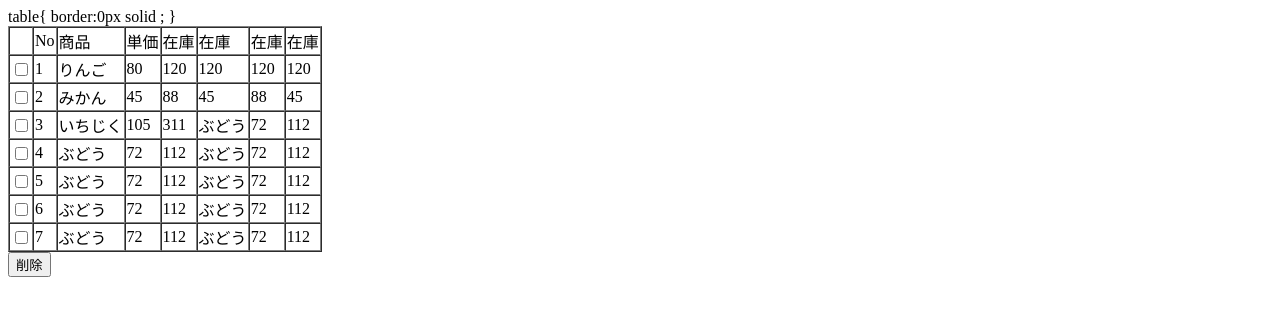
Repository: nathox/backup
Page: http://localhost/Favorite/s.jsp
The author's editor kept a copy of each file at every save. The page is drawn from the files as they stood at one save, then again after the next save.
The browser window is 1280 px wide. The pictures show the whole page.
The page is served by Tomcat 9. Other server files are loaded and not shown.

Above is the page before, as saved 2018-02-07 08:10:26.

### Favorite/WebContent/s.jsp
<%@ page language="java" contentType="text/html; charset=UTF-8"
    pageEncoding="UTF-8"%>
<!DOCTYPE html PUBLIC "-//W3C//DTD HTML 4.01 Transitional//EN" "http://www.w3.org/TR/html4/loose.dtd">
<html>
<head>



<meta http-equiv="Content-Type" content="text/html; charset=UTF-8">
<title>Insert title here</title>

table{
border:0px solid ;

}




</head>
<body>

 <table border="1" cellspacing="0">
        <thead id="hoge-head">
            <tr>
                <td></td>
                <td>No</td>
                <td>商品</td>
                <td>単価</td>
                <td>在庫</td>
                <td>在庫</td>
                <td>在庫</td>
                <td>在庫</td>
            </tr>
        </thead>
        <tbody id="hoge-body">
            <tr>
                <td><input type="checkbox"></td>
                <td>1</td>
                <td>りんご</td>
                <td>80</td>
                <td>120</td>
                <td>120</td>
                <td>120</td>
                <td>120</td>
            </tr>
            <tr>
                <td><input type="checkbox"></td>
                <td>2</td>
                <td>みかん</td>
                <td>45</td>
                <td>88</td>
                <td>45</td>
                <td>88</td>
                <td>45</td>
            </tr>
            <tr>
                <td><input type="checkbox"></td>
                <td>3</td>
                <td>いちじく</td>
                <td>105</td>
                <td>311</td>
                <td>ぶどう</td>
                <td>72</td>
                <td>112</td>
            </tr>
            <tr>
                <td><input type="checkbox"></td>
                <td>4</td>
                <td>ぶどう</td>
                <td>72</td>
                <td>112</td>
                <td>ぶどう</td>
                <td>72</td>
                <td>112</td>
            </tr>

            <tr>
                <td><input type="checkbox"></td>
                <td>5</td>
                <td>ぶどう</td>
                <td>72</td>
                <td>112</td>
                <td>ぶどう</td>
                <td>72</td>
                <td>112</td>
            </tr>

            <tr>
                <td><input type="checkbox"></td>
                <td>6</td>
                <td>ぶどう</td>
                <td>72</td>
                <td>112</td>
                <td>ぶどう</td>
                <td>72</td>
                <td>112</td>
            </tr>

            <tr>
                <td><input type="checkbox"></td>
                <td>7</td>
                <td>ぶどう</td>
                <td>72</td>
                <td>112</td>
                <td>ぶどう</td>
                <td>72</td>
                <td>112</td>
            </tr>

        </tbody>
    </table>



<INPUT
				TYPE="button" VALUE="削除" onClick="location.href=''">







</body>
</html>

After the next save:
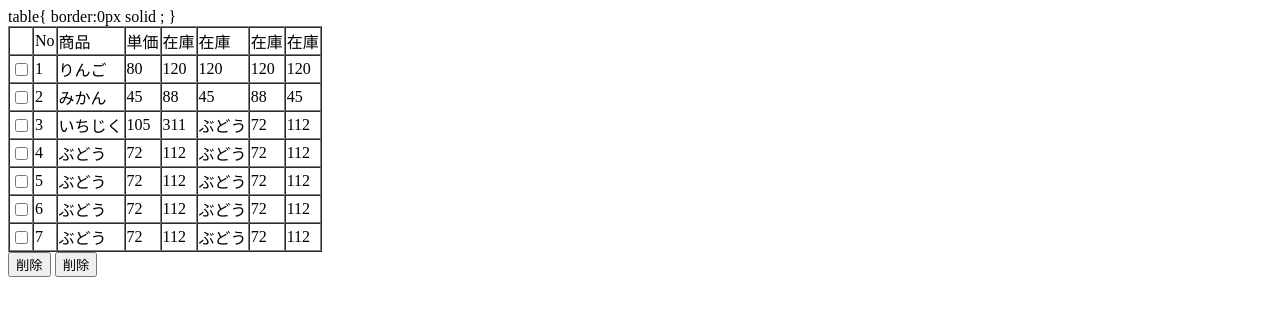
Saved 23 min 55 s later.
--- a/Favorite/WebContent/s.jsp
+++ b/Favorite/WebContent/s.jsp
@@ -116,7 +116,7 @@
 <INPUT
 				TYPE="button" VALUE="削除" onClick="location.href=''">
 
-
+<input type="button" value="削除" onclick="remove_row(this)">
 
 
 

After the save that followed:
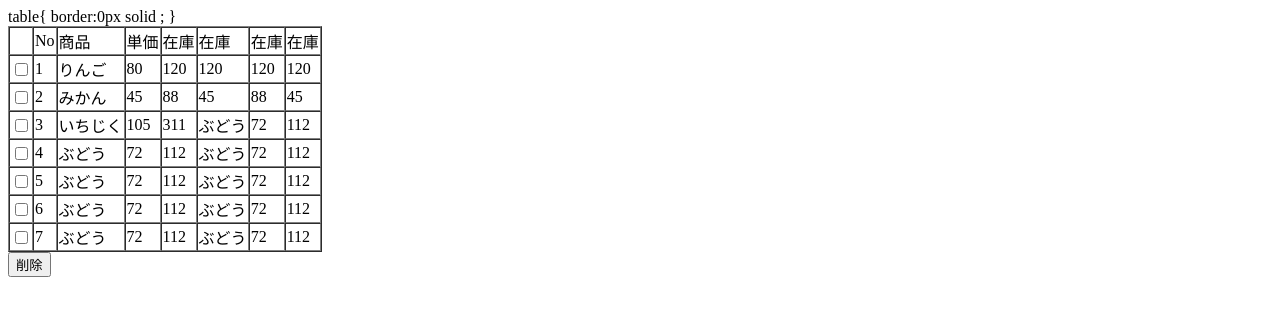
Saved 18 s later.
--- a/Favorite/WebContent/s.jsp
+++ b/Favorite/WebContent/s.jsp
@@ -113,8 +113,7 @@
 
 
 
-<INPUT
-				TYPE="button" VALUE="削除" onClick="location.href=''">
+
 
 <input type="button" value="削除" onclick="remove_row(this)">
 
